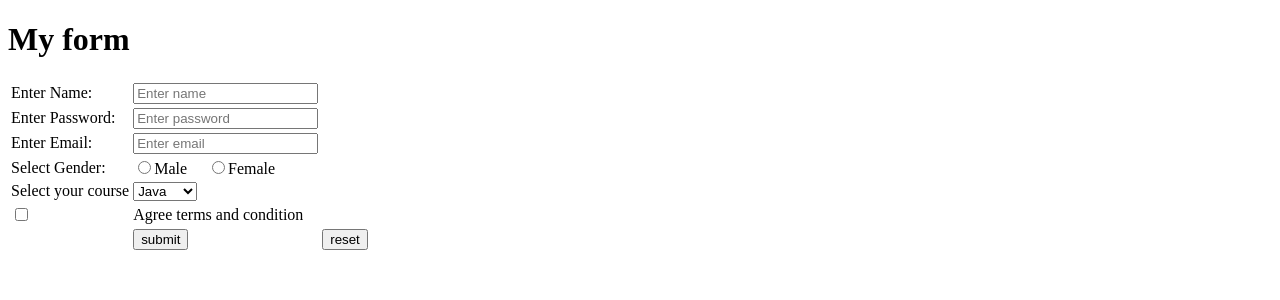
Repository: shitalshirole4044/Servlet-jsp
Page: http://localhost/test/
The author's editor kept a copy of each file at every save. The page is drawn from the files as they stood at one save, then again after the next save.
The browser window is 1280 px wide. The pictures show the whole page.
The page is served by Tomcat 9. Other server files are loaded and not shown.

Above is the page before, as saved 2024-02-14 09:21:02.

### test/src/main/webapp/index.jsp
<%@ page language="java" contentType="text/html; charset=ISO-8859-1"
    pageEncoding="ISO-8859-1"%>
<!DOCTYPE html>
<html>
<head>
<meta charset="ISO-8859-1">
<title>Insert title here</title>
</head>
<body>
<div class="container">
<h1>My form</h1>
<form action="RegisteredServlet" method="post">
<table>
<tr>
<td>Enter Name:</td>
<td><input type="text" name="user_name" placeholder="Enter name"></td>
</tr>
<tr>
<td>Enter Password:</td>
<td><input type="password" name="password" placeholder="Enter password"></td>
</tr>
<tr>
<td>Enter Email:</td>
<td><input type="email" name="user_email" placeholder="Enter email"></td>
</tr>
<tr>
<td>Select Gender:</td>
<td><input type="radio" name="user_gender" value="male">Male &nbsp; &nbsp; <input type="radio" name="user_gender" value="female">Female</td>
</tr>
</tr>
<td>Select your course</td>
<td>
<select name="user_course">
<option value="Java">Java</option>
<option value="Cpp">Cpp</option>
<option value="C">C</option>
<option value="Python">Python</option>
</select>
</td>
</tr>
<td><input type="checkbox" name="condition" value="checked"></td>
<td>Agree terms and condition</td>
</tr>

<tr>
<td></td>
<td><input type="submit" name="submit_button" value="submit"></td>
<td><input type="reset" name="reset_button" value="reset"></td>
<tr>

</table>
</form>
</div>
</body>
</html>

After the next save:
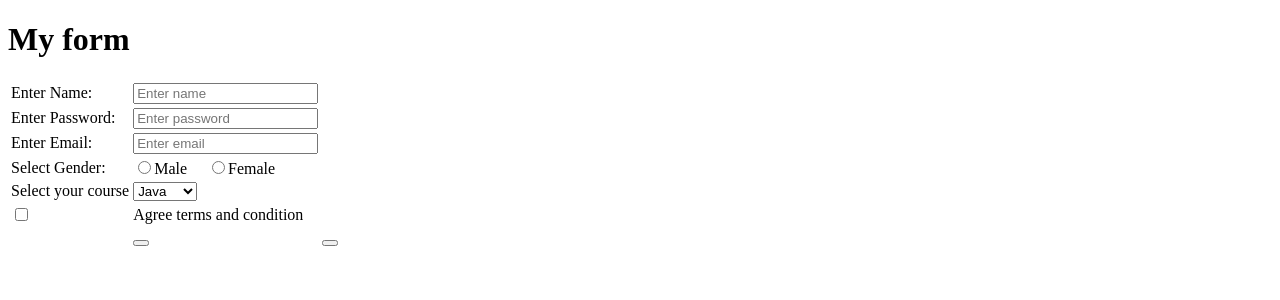
Saved 96 s later.
--- a/test/src/main/webapp/index.jsp
+++ b/test/src/main/webapp/index.jsp
@@ -44,8 +44,8 @@
 
 <tr>
 <td></td>
-<td><input type="submit" name="submit_button" value="submit"></td>
-<td><input type="reset" name="reset_button" value="reset"></td>
+<td><button type="submit" value="Submit"></button></td>
+<td><button type="reset" value="Reset"></button></td>
 <tr>
 
 </table>
